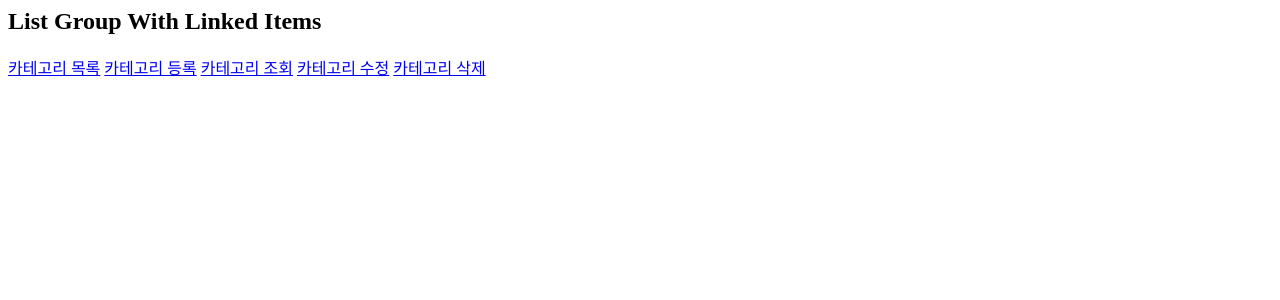
Repository: JeongUkBae/backup_2019.03.04
Page: http://localhost/BitTrader/WEB-INF/view/home/side-menu.jsp
The author's editor kept a copy of each file at every save. The page is drawn from the files as they stood at one save, then again after the next save.
The browser window is 1280 px wide. The pictures show the whole page.
The page is served by Tomcat 9. Nobody is signed in. The template is opened directly, without the code that normally fills it, so the values that code supplies are empty.

Above is the page before, as saved 2019-02-22 03:39:20.

After the next save:
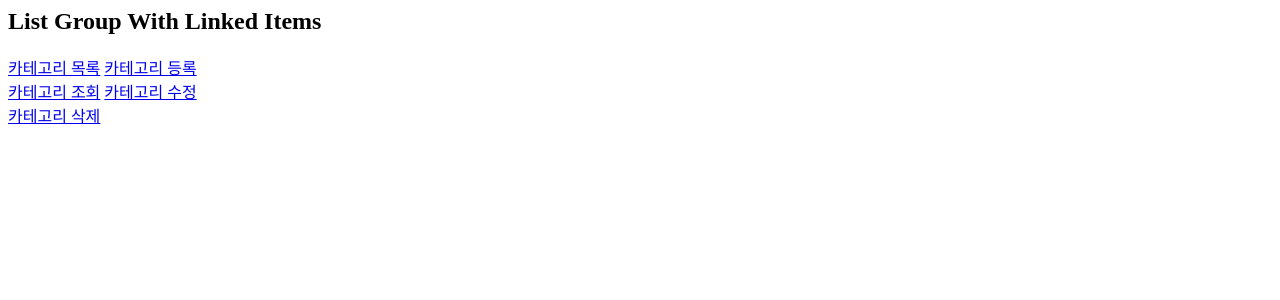
Saved 36 s later.
--- a/jee-workspace/BitTrader/WebContent/WEB-INF/view/home/side-menu.jsp
+++ b/jee-workspace/BitTrader/WebContent/WEB-INF/view/home/side-menu.jsp
@@ -3,7 +3,7 @@
 
 <div class="container" id="side-menu">
   <h2>List Group With Linked Items</h2>
-  <div class="list-group">
+  <div class="list-group" style="width: 200px">
     <a href="#" class="list-group-item">카테고리 목록</a>
     <a href="#" class="list-group-item">카테고리 등록</a>
     <a href="#" class="list-group-item">카테고리 조회</a>
